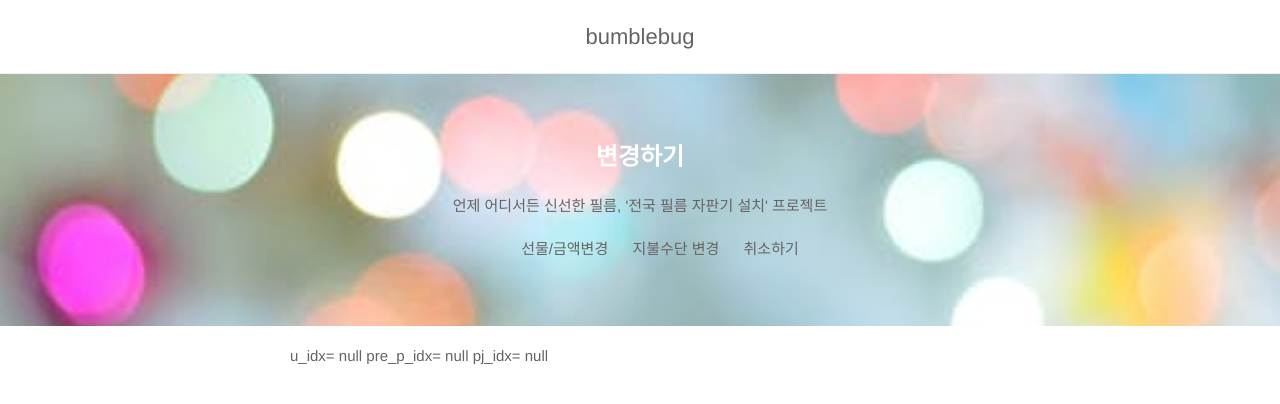
Repository: fepanbr/bumblbug
Page: http://localhost/WebProject/Mypage/changeItem.jsp
These files come from the project's save history. The page is drawn as it stood at one moment and after the next save; the edit follows.
The browser window is 1280 px wide. The pictures show the whole page.
The page is served by Tomcat 9. Other server files are loaded and not shown. Queries for data that is not in the repository find no rows.

Above is the page before, as saved 2019-06-01 15:34:44.

### WebProject/WebContent/Mypage/changeItem.jsp
<%@ page language="java" contentType="text/html; charset=UTF-8"
    pageEncoding="UTF-8"%>

    <%
    String p_idx = request.getParameter("p_idx");
    String pay_idx = request.getParameter("pay_idx");


    %>

<!DOCTYPE html>
<html lang="ko">

<head>
    <meta charset="UTF-8">
    <title>jQuery Style</title>
    <script src="https://code.jquery.com/jquery-1.12.4.min.js"></script>




    <style>
        *{
            padding: 0;
            margin: 0;
            box-sizing: border-box;
            color: #676363;

        }
        ul{
            color: #676363;
            font-size: 15px;
            list-style: none;

        }
        li{
            display: inline-block;
        }

        body{
            overflow-x: hidden;
            min-height: 100%;
            height: auto;
        }
        .header{
            width: 100%;
            background-color: #fff;
            border-bottom: 1px solid #efefef;

        }
        .header-title{

            font-size: 22px;
            text-align: center;

            padding: 20px;

        }
        .scanline{
            width: 100%;

            position: relative;
            background: #fafafa
        }
        .b-align{
            text-align: center;
            padding: 50px;
            background-repeat: no-repeat;
            background-position: 50%;
            background-size: cover;

        }
        .b-menu-item{
            padding: 10px;
            text-decoration: none;

        }

        .dek{
            margin-top: 20px;
            margin-bottom: 20px;
        }
        .b-container-wrap{
            padding-top: 20px;
            position: relative;
        }
        .b-container{
            width: 700px;
            margin: 0 auto;
        }


    </style>
    <script>


        $(function () {

        });


    </script>
</head>

<body>
    <div class="header">
        <div class="header-title">bumblebug</div>
    </div>

    <div class="scanline">
        <div class="b-align" style="background-image: url(images/background.jpeg)">
            <h1>변경하기</h1>
            <p class="dek">
                    언제 어디서든 신선한 필름, '전국 필름 자판기 설치' 프로젝트
            </p>
            <ul>
                <li>
                    <a href="changeItem.jsp" class="b-menu-item"> 선물/금액변경</a>
                </li>
                <li>
                    <a href="Mypage_payment.jsp" class="b-menu-item">지불수단 변경</a>
                </li>
                <li>

                    <a href="changeItem_cancel.jsp?p_idx=<%=p_idx %>" class="b-menu-item">취소하기</a>

                </li>
            </ul>

        </div>
    </div>
    <div class="b-container-wrap">
        <div class="b-container">

	<!-- ------------------------------------------------------------ -->
            <jsp:include page="MypagePresentbox.jsp"></jsp:include>
    <!-- ------------------------------------------------------------ -->
        </div>

    </div>




</body>

</html>

### WebProject/WebContent/Mypage/MypagePresentbox.jsp
<%@ page language="java" contentType="text/html; charset=UTF-8"
	pageEncoding="UTF-8"%>
<%@ page import="java.util.*, Bean.*"%>
<jsp:useBean id="MypageDAO" class="DAO.MypageDAO" />
<%@taglib prefix="c" uri="http://java.sun.com/jsp/jstl/core"%>
<%
	request.setCharacterEncoding("UTF-8");

	String u_idx = (String) session.getAttribute("u_idx");
	String pj_idx = (String)session.getAttribute("pj_idx");
	String pre_p_idx = request.getParameter("p_idx");
	String f_idx = request.getParameter("f_idx");



	out.println("u_idx= "+u_idx);
	out.println("pre_p_idx= "+pre_p_idx);
	out.println("pj_idx= "+pj_idx);


	ArrayList<PresentBean> list = MypageDAO.getPresentList(pj_idx);
%>

<c:set var="list" value="<%=list %>" />



<html>
<head>
<meta charset="UTF-8">
<title>선물 변경 페이지</title>
<script src="https://code.jquery.com/jquery-1.12.4.min.js"></script>
<link rel="stylesheet" type="text/css" href="css/MypagePresentbox.css">



</head>
<body>

	<c:forEach var="Presentbean" items="${list}">
		<div>선물idx: ${Presentbean.p_idx}</div>
		<div>선물최소금액idx: ${Presentbean.min_price}</div>
		<div>선물이름: ${Presentbean.p_nm}</div>
		<div>예정날짜: ${Presentbean.due_dt}</div>
		<div>후원자수: ${Presentbean.supmem_cnt}</div>
		<div>제한 수량: ${Presentbean.limit_amount}</div>
		<div>프로젝트선물idx: ${Presentbean.pj_p_idx}</div>
		<div>선물설명: ${Presentbean.p_explain}</div>


		<c:set var="amount"
			value="${Presentbean.limit_amount - Presentbean.supmem_cnt}" />
		<c:choose>
			<c:when test="${amount eq 0}">
				<div class="i-panel">
					<div class="b-panel b-panel_reward b-panel_reward_soldout">
						<div class="b-panel__head">
							<h3 class="b-panel__title">
								<span>${Presentbean.min_price}</span> <span>원 이상 밀어주시는 분께</span>

								<span class="for-screenreader">드리는 특전</span>
							</h3>
							<span class="b-panel__title"> <input id="111220843"
								type="tel" name="pledge[money]" min=${Presentbean.min_price
								} max="10000000" value="48,000" class="b-form__input"> <span>원</span>
								<a class="b-panel__next-button"></a> <span
								class="b-panel__subtitle">더 많이 입력하실 수 있습니다</span>

							</span>
						</div>
						<div class="b-panel__body">
							<span>${Presentbean.p_explain}</span>
							<ul>
								<!-- ItemBean 활용하기 -->
								<div>
									<li><span>선물이름: ${Presentbean.p_nm}</span>
										<span>)</span></li>
									<form
										class="b-form b-form_animate_enterance b-form_theme_modern">
										<div class="b-form__row">
											<div class="b-form__input">
												<div></div>
											</div>
										</div>
									</form>
								</div>
								<div>

									</li>
									<form
										class="b-form b-form_animate_enterance b-form_theme_modern">
										<div class="b-form__row">
											<div class="b-form__input">
												<div></div>
											</div>
										</div>
									</form>
								</div>
							</ul>
						</div>
						<div class="b-panel__footer">
							<span class="color-primary">${Presentbean.supmem_cnt}</span> <span>명이
								선택하였습니다</span> <span> <span>/</span> <strong>${Presentbean.limit_amount - Presentbean.supmem_cnt}</strong>
								<span>개 남음</span>
							</span> <br> <span>예상 전달일: ${Presentbean.due_dt}</span>
						</div>
					</div>
				</div>
			</c:when>
			<c:otherwise>
				<div class="i-panel">
					<input type="radio" name="pledge[reward_id]"
						id="${Presentbean.p_idx}" value="${Presentbean.p_idx}"
						class="hidden-selector"> <label for="${Presentbean.p_idx}"
						class="b-panel b-panel_reward">
						<div class="b-panel__head">
							<h3 class="b-panel__title">
								<span>${Presentbean.min_price}</span> <span>원 이상 밀어주시는 분께</span>
								<span class="for-screenreader">드리는 특전</span>
							</h3>
							<span class="b-panel__title">

							<!-- 폼으로 넘기는 부분!!!!!!!!!!! -->
								<form  name="changePresent"  method="post" action="changeItemproc.jsp">
									<input id="${Presentbean.p_idx}" type="tel" name="pledge_money"
										min=${Presentbean.min_price } max="10000000"
										value="${Presentbean.min_price}" class="b-form__input">
									<span>원</span>
							<!-- 선물 idx 넘겨준다. -->
									<input type="hidden" name="p_idx" value="${Presentbean.p_idx}" />
									<input type="hidden" name="pre_p_idx" value="<%=pre_p_idx %>" />
									<input type="hidden" name="pre_p_idx" value="<%=f_idx %>" />

							<!-- submit -->
									<input type='submit' class="b-panel__next-button" value="변경하기" >
								</form>

								<span class="b-panel__subtitle">더 많이 입력하실 수 있습니다</span>
							</span>
						</div>
						<div class="b-panel__body">
							<span>${Presentbean.p_explain}</span>
							<ul>
								<!-- ItemBean 활용하기 -->
								<div>
									<li><span>선물이름: ${Presentbean.p_nm}</span></li>
									<form
										class="b-form b-form_animate_enterance b-form_theme_modern">
										<div class="b-form__row">
											<div class="b-form__input">
												<div></div>
											</div>
										</div>
									</form>
								</div>
								<div>

									</li>
									<form
										class="b-form b-form_animate_enterance b-form_theme_modern">
										<div class="b-form__row">
											<div class="b-form__input">
												<div></div>
											</div>
										</div>
									</form>
								</div>
							</ul>
						</div>
						<div class="b-panel__footer">
							<span class="color-primary">${Presentbean.supmem_cnt}</span> <span>명이
								선택하였습니다</span> <span> <span>/</span> <strong>${Presentbean.limit_amount - Presentbean.supmem_cnt}</strong>
								<span>개 남음</span>
							</span> <br> <span>예상 전달일: ${Presentbean.due_dt}</span>
						</div>
					</label>
				</div>
			</c:otherwise>
		</c:choose>







	</c:forEach>

</body>
</html>

### WebProject/src/dbConnection/DBConnectionMgr.java
/**
 * Copyright(c) 2001 iSavvix Corporation (http://www.isavvix.com/)
 *
 *                        All rights reserved
 *
 * Permission to use, copy, modify and distribute this material for
 * any purpose and without fee is hereby granted, provided that the
 * above copyright notice and this permission notice appear in all
 * copies, and that the name of iSavvix Corporation not be used in
 * advertising or publicity pertaining to this material without the
 * specific, prior written permission of an authorized representative of
 * iSavvix Corporation.
 *
 * ISAVVIX CORPORATION MAKES NO REPRESENTATIONS AND EXTENDS NO WARRANTIES,
 * EXPRESS OR IMPLIED, WITH RESPECT TO THE SOFTWARE, INCLUDING, BUT
 * NOT LIMITED TO, THE IMPLIED WARRANTIES OF MERCHANTABILITY AND
 * FITNESS FOR ANY PARTICULAR PURPOSE, AND THE WARRANTY AGAINST
 * INFRINGEMENT OF PATENTS OR OTHER INTELLECTUAL PROPERTY RIGHTS.  THE
 * SOFTWARE IS PROVIDED "AS IS", AND IN NO EVENT SHALL ISAVVIX CORPORATION OR
 * ANY OF ITS AFFILIATES BE LIABLE FOR ANY DAMAGES, INCLUDING ANY
 * LOST PROFITS OR OTHER INCIDENTAL OR CONSEQUENTIAL DAMAGES RELATING
 * TO THE SOFTWARE.
 *
 */
package dbConnection;

import java.sql.*;
import java.util.Properties;
import java.util.Vector;

/**
 * Manages a java.sql.Connection pool.
 *
 * @author  Anil Hemrajani
 */
public class DBConnectionMgr {
    private Vector connections = new Vector(10);
    private String _driver = "org.mariadb.jdbc.Driver",
    _url = "jdbc:mariadb://localhost:3306/website?useUnicode=true&characterEncoding=UTF-8",
    _user = "root",
    _password = "1234";
    private boolean _traceOn = false;
    private boolean initialized = false;
    private int _openConnections = 10;
    private static DBConnectionMgr instance = null;

    public DBConnectionMgr() {
    }

    /** Use this method to set the maximum number of open connections before
     unused connections are closed.
     */

    public static DBConnectionMgr getInstance() {
        if (instance == null) {
            synchronized (DBConnectionMgr.class) {
                if (instance == null) {
                    instance = new DBConnectionMgr();
                }
            }
        }
        return instance;
    }

    public void setOpenConnectionCount(int count) {
        _openConnections = count;
    }

    public void setEnableTrace(boolean enable) {
        _traceOn = enable;
    }

    /** Returns a Vector of java.sql.Connection objects */
    public Vector getConnectionList() {
        return connections;
    }

    /** Opens specified "count" of connections and adds them to the existing pool */
    public synchronized void setInitOpenConnections(int count)
            throws SQLException {
        Connection c = null;
        ConnectionObject co = null;

        for (int i = 0; i < count; i++) {
            c = createConnection();
            co = new ConnectionObject(c, false);
            connections.addElement(co);
            trace("ConnectionPoolManager: Adding new DB connection to pool (" + connections.size() + ")");
        }
    }

    /** Returns a count of open connections */
    public int getConnectionCount() {
        return connections.size();
    }

    /** Returns an unused existing or new connection.  */
    public synchronized Connection getConnection()
            throws Exception {
        if (!initialized) {
            Class c = Class.forName(_driver);
            DriverManager.registerDriver((Driver) c.newInstance());
            initialized = true;
        }
        Connection c = null;
        ConnectionObject co = null;
        boolean badConnection = false;

        for (int i = 0; i < connections.size(); i++) {
            co = (ConnectionObject) connections.get(i);
            // If connection is not in use, test to ensure it's still valid!
            if (!co.inUse) {
                try {
                    badConnection = co.connection.isClosed();
                    if (!badConnection)
                        badConnection = (co.connection.getWarnings() != null);
                } catch (Exception e) {
                    badConnection = true;
                    e.printStackTrace();
                }
                // Connection is bad, remove from pool
                if (badConnection) {
                    connections.removeElementAt(i);
                    trace("ConnectionPoolManager: Remove disconnected DB connection #" + i);
                    continue;
                }
                c = co.connection;
                co.inUse = true;
                trace("ConnectionPoolManager: Using existing DB connection #" + (i + 1));
                break;
            }
        }

        if (c == null) {
            c = createConnection();
            co = new ConnectionObject(c, true);
            connections.addElement(co);
            trace("ConnectionPoolManager: Creating new DB connection #" + connections.size());
        }
        return c;
    }

    /** Marks a flag in the ConnectionObject to indicate this connection is no longer in use */
    public synchronized void freeConnection(Connection c) {
        if (c == null)
            return;

        ConnectionObject co = null;

        for (int i = 0; i < connections.size(); i++) {
            co = (ConnectionObject) connections.get(i);
            if (c == co.connection) {
                co.inUse = false;
                break;
            }
        }

        for (int i = 0; i < connections.size(); i++) {
            co = (ConnectionObject) connections.get(i);
            if ((i + 1) > _openConnections && !co.inUse)
                removeConnection(co.connection);
        }
    }

    public void freeConnection(Connection c, PreparedStatement p, ResultSet r) {
        try {
            if (r != null) r.close();
            if (p != null) p.close();
            freeConnection(c);
        } catch (SQLException e) {
            e.printStackTrace();
        }
    }

    public void freeConnection(Connection c, Statement s, ResultSet r) {
        try {
            if (r != null) r.close();
            if (s != null) s.close();
            freeConnection(c);
        } catch (SQLException e) {
            e.printStackTrace();
        }
    }

    public void freeConnection(Connection c, PreparedStatement p) {
        try {
            if (p != null) p.close();
            freeConnection(c);
        } catch (SQLException e) {
            e.printStackTrace();
        }
    }

    public void freeConnection(Connection c, Statement s) {
        try {
            if (s != null) s.close();
            freeConnection(c);
        } catch (SQLException e) {
            e.printStackTrace();
        }
    }

    /** Marks a flag in the ConnectionObject to indicate this connection is no longer in use */
    public synchronized void removeConnection(Connection c) {
        if (c == null)
            return;

        ConnectionObject co = null;
        for (int i = 0; i < connections.size(); i++) {
            co = (ConnectionObject) connections.get(i);
            if (c == co.connection) {
                try {
                    c.close();
                    connections.removeElementAt(i);
                    trace("Removed " + c.toString());
                } catch (Exception e) {
                    e.printStackTrace();
                }
                break;
            }
        }
    }

    private Connection createConnection()
            throws SQLException {
        Connection con = null;

        try {
            if (_user == null)
                _user = "";
            if (_password == null)
                _password = "";

            Properties props = new Properties();
            props.put("user", _user);
            props.put("password", _password);

            con = DriverManager.getConnection(_url, props);
        } catch (Throwable t) {
            throw new SQLException(t.getMessage());
        }
        return con;
    }

    /** Closes all connections and clears out the connection pool */
    public void releaseFreeConnections() {
        trace("ConnectionPoolManager.releaseFreeConnections()");

        Connection c = null;
        ConnectionObject co = null;

        for (int i = 0; i < connections.size(); i++) {
            co = (ConnectionObject) connections.get(i);
            if (!co.inUse)
                removeConnection(co.connection);
        }
    }

    /** Closes all connections and clears out the connection pool */
    public void finalize() {
        trace("ConnectionPoolManager.finalize()");

        Connection c = null;
        ConnectionObject co = null;

        for (int i = 0; i < connections.size(); i++) {
            co = (ConnectionObject) connections.get(i);
            try {
                co.connection.close();
            } catch (Exception e) {
                e.printStackTrace();
            }
            co = null;
        }
        connections.removeAllElements();
    }

    private void trace(String s) {
        if (_traceOn)
            System.err.println(s);
    }
}

class ConnectionObject {
    public java.sql.Connection connection = null;
    public boolean inUse = false;

    public ConnectionObject(Connection c, boolean useFlag) {
        connection = c;
        inUse = useFlag;
    }
}

Loaded but not shown: WebProject/src/DAO/MypageDAO.java (676 lines, source omitted); WebProject/WebContent/css/MypagePresentbox.css (740 lines, source omitted)

After the next save:
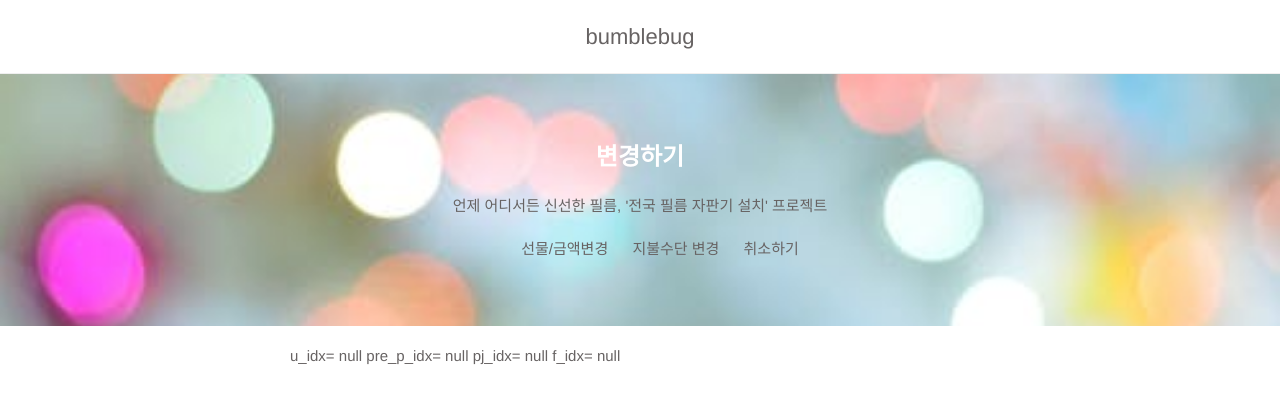
Saved 92 s later.
--- a/WebProject/WebContent/Mypage/MypagePresentbox.jsp
+++ b/WebProject/WebContent/Mypage/MypagePresentbox.jsp
@@ -16,6 +16,7 @@
 	out.println("u_idx= "+u_idx);
 	out.println("pre_p_idx= "+pre_p_idx);
 	out.println("pj_idx= "+pj_idx);
+	out.println("f_idx= "+f_idx);
 
 
 	ArrayList<PresentBean> list = MypageDAO.getPresentList(pj_idx);
